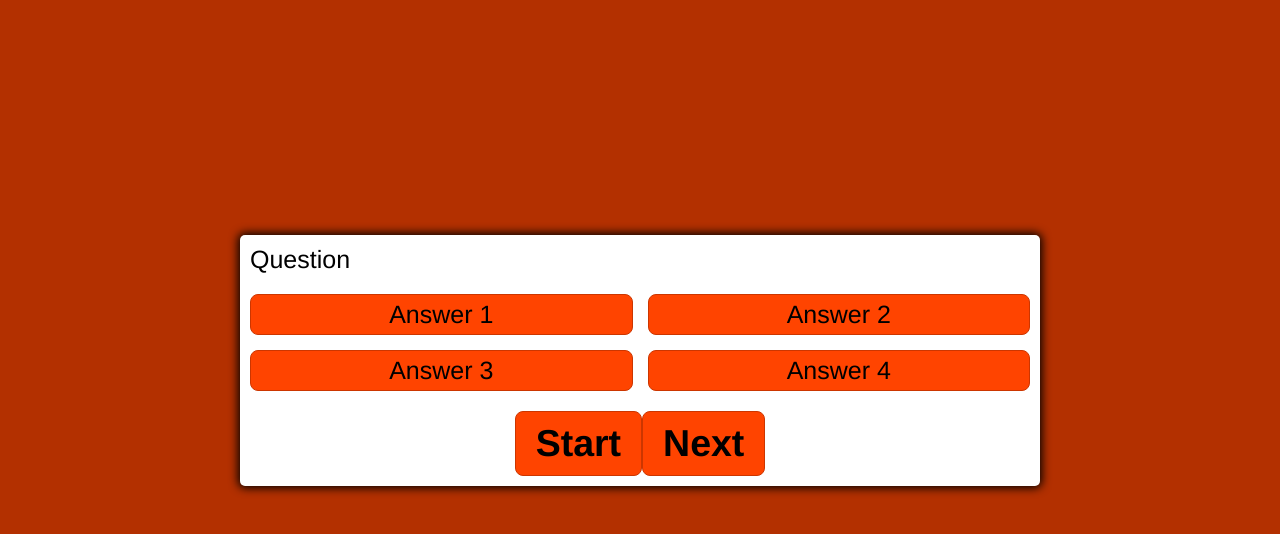
Repository: Vshepard879/Code-Quiz
Page: index.html
These files come from the project's save history. The page is drawn as it stood at one moment and after the next save; the edit follows.
The browser window is 1280 px wide. The pictures show the whole page.

Above is the page before, as saved 2022-03-18 02:20:17.

After the next save:
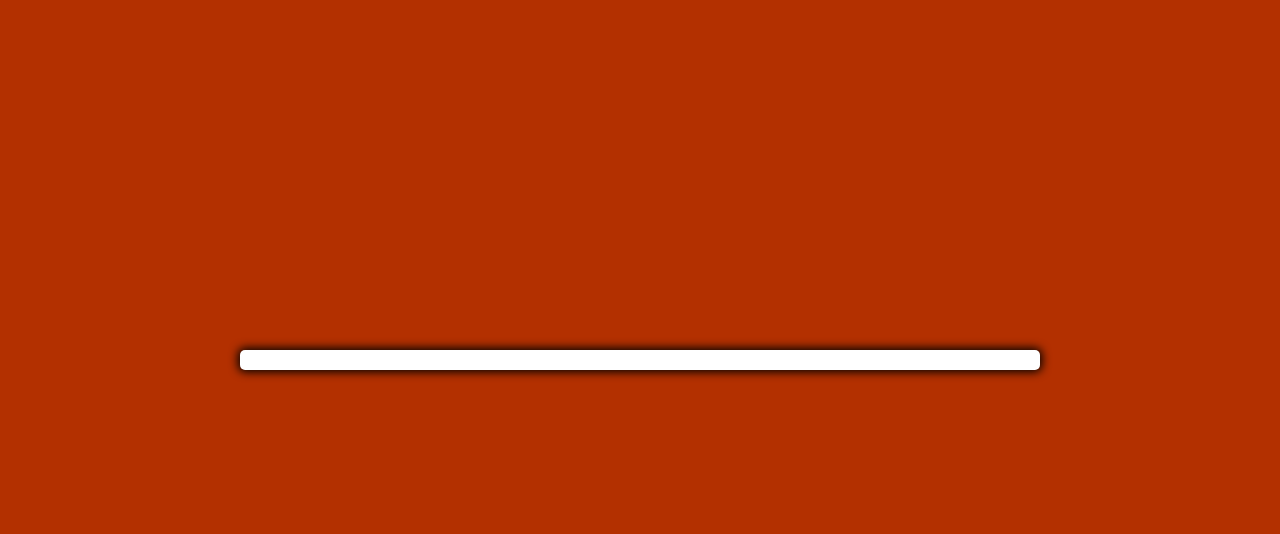
Saved 86 s later.
--- a/assets/css/style.css
+++ b/assets/css/style.css
@@ -81,3 +81,7 @@ body.wrong {
     justify-content: center;
     align-items: center;
 }
+
+.hide {
+    display: none;
+}
